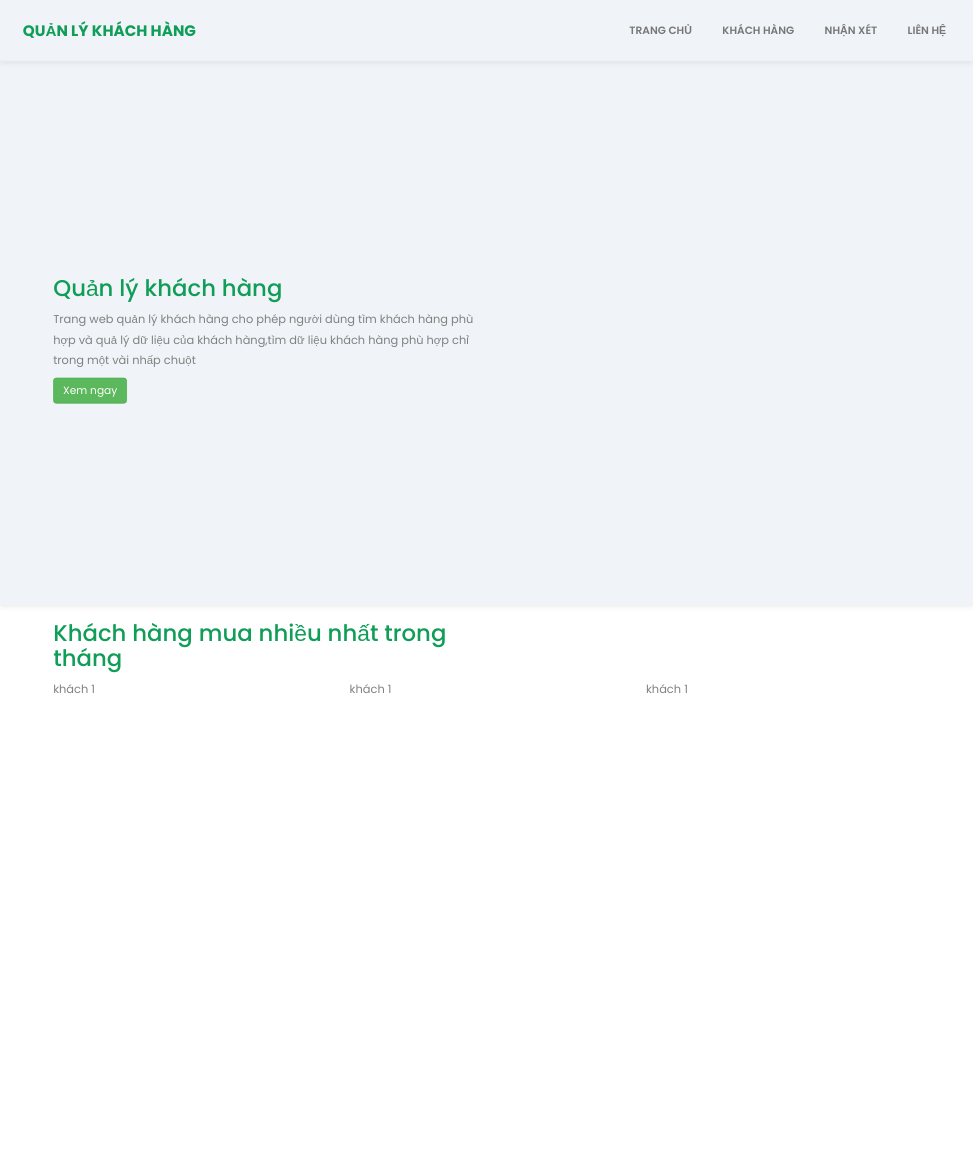
Repository: huutien1904/bt2-ltw
Page: index.html
An editor plug-in stored every save of this project. The page is shown before and after the next save, followed by the edit.
The browser window is 1280 px wide. The pictures show the whole page, at 76% of full size.

Above is the page before, as saved 2021-11-04 00:33:35.

### index.html
<!DOCTYPE html>
<html lang="en">
<head>
    <meta charset="UTF-8">
    <meta http-equiv="X-UA-Compatible" content="IE=edge">
    <meta name="viewport" content="width=device-width, initial-scale=1.0">
    <title>Quản Lý Khách Hàng</title>
    <link rel="stylesheet" href="https://maxcdn.bootstrapcdn.com/bootstrap/3.4.1/css/bootstrap.min.css">
    <link href="https://fonts.googleapis.com/css?family=Montserrat" rel="stylesheet" type="text/css">
    <link href="https://fonts.googleapis.com/css?family=Lato" rel="stylesheet" type="text/css">
    <!-- style -->
    <link rel="stylesheet" href="./style.css">
    <!-- font Poppins -->
    <link rel="preconnect" href="https://fonts.googleapis.com">
    <link rel="preconnect" href="https://fonts.gstatic.com" crossorigin>
    <link href="https://fonts.googleapis.com/css2?family=Poppins:wght@100;200;300;400;500;600;700;800;900&display=swap" rel="stylesheet">
    <!-- javacript boostrap -->
    <script src="https://ajax.googleapis.com/ajax/libs/jquery/3.5.1/jquery.min.js"></script>
    <script src="https://maxcdn.bootstrapcdn.com/bootstrap/3.4.1/js/bootstrap.min.js"></script>
</head>
<body>
  <!-- navbar -->
    <nav class="navbar navbar-default navbar-fixed-top">
        <div class="container-fluid ">
          <div class="navbar-header">
            <button type="button" class="navbar-toggle" data-toggle="collapse" data-target="#myNavbar">
              <span class="icon-bar"></span>
              <span class="icon-bar"></span>
              <span class="icon-bar"></span>
            </button>
            <a class="navbar-brand" href="#myPage">QUẢN LÝ KHÁCH HÀNG</a>
          </div>
          <div class="collapse navbar-collapse" id="myNavbar">
            <ul class="nav navbar-nav navbar-right">
              <li class="active_nav"><a href="#home">TRANG CHỦ</a></li>
              <li ><a href="#customer">KHÁCH HÀNG</a></li>
              <li><a href="#comment">NHẬN XÉT</a></li>
              <li><a href="#contact">LIÊN HỆ</a></li>
            </ul>
          </div>
        </div>
    </nav>
  <!-- end navbar -->
  <!-- trang chủ -->
  <section
    id="home"
    >
    <div class="container">
      <div class="row">
        <div class="col-md-6 col-xs-12 ">
          <div class="">
            <h2 class="slogan">Quản lý khách hàng</h2>
            <p class="">
              Trang web quản lý khách hàng cho phép người dùng tìm khách hàng phù hợp và quả lý dữ liệu của khách hàng,tìm dữ liệu khách hàng phù hợp chỉ trong một vài nhấp chuột
            </p>
            <div class="left-to-right play-on-scroll delay-4">
              <button type="button" class="btn btn-success">Xem ngay</button>
            </div>
          </div>
        </div>
      </div>
    </div>
  </section>
  <!-- end trang chủ -->

  <!-- khách hàng -->
  <section id="customer">

    <div class="container">
      <div class="row">
        <div class="col-md-6 col-sm-12">
          <h2 class="title_customer">Khách hàng mua nhiều nhất trong tháng</h2>
        </div>
      </div>
      <div class="row">
        <div class="col-md-4 col-sm-12">
          khách 1
        </div>
        <div class="col-md-4 col-sm-12">
          khách 1

        </div>
        <div class="col-md-4 col-sm-12">
          khách 1

        </div>
      </div>
    </div>
  </section>
  <!-- end khách hàng -->
  <!--  Nhận xét-->
  <section id="comment">

  </section>
  <!-- liên hệ -->
  <section id="contact">

  </section>
</body>
</html>

### style.css
*{
  font-family: 'Poppins', sans-serif;
}

:root {
  --primary-color: #0f9d58;
  --backgound-color: #f0f3f7;
  --secon-color: #9da2ad;
  --grey: #7a7a7a;
  --white: #ffffff;
}
body {
  font: 400 15px Lato, sans-serif;
  line-height: 1.8;
  color: #818181;
}
.navbar-default{
  padding: 15px;
  background-color: var(--backgound-color);
  box-shadow: 0 2px 8px rgb(0 0 0 / 10%);
}
.navbar-brand{
  font-weight: 700;
  font-size: 20px;
  color: var(--primary-color) !important;

}
.navbar-right li{
  font-size: 14px;
  font-weight: 600;
  margin: 0 5px;
  /* padding:5px; */
}
.navbar-right li:hover{
  background-color: var(--primary-color);
  border-radius: 15px;
  color: white !important;
}
#home{
  margin-top: 77px;
  height: 100vh;
  display: flex;
  justify-content: center;
  align-items: center;
  background-color: var(--backgound-color);
  box-shadow: 0 2px 8px rgb(0 0 0 / 10%);
}
.slogan{
  color: var(--primary-color);
}
.title_customer{
  color: var(--primary-color);

}
#customer{
  height: 100vh;
}
/* .active_nav{
  background-color: var(--primary-color);
  border-radius: 15px;
} */

After the next save:
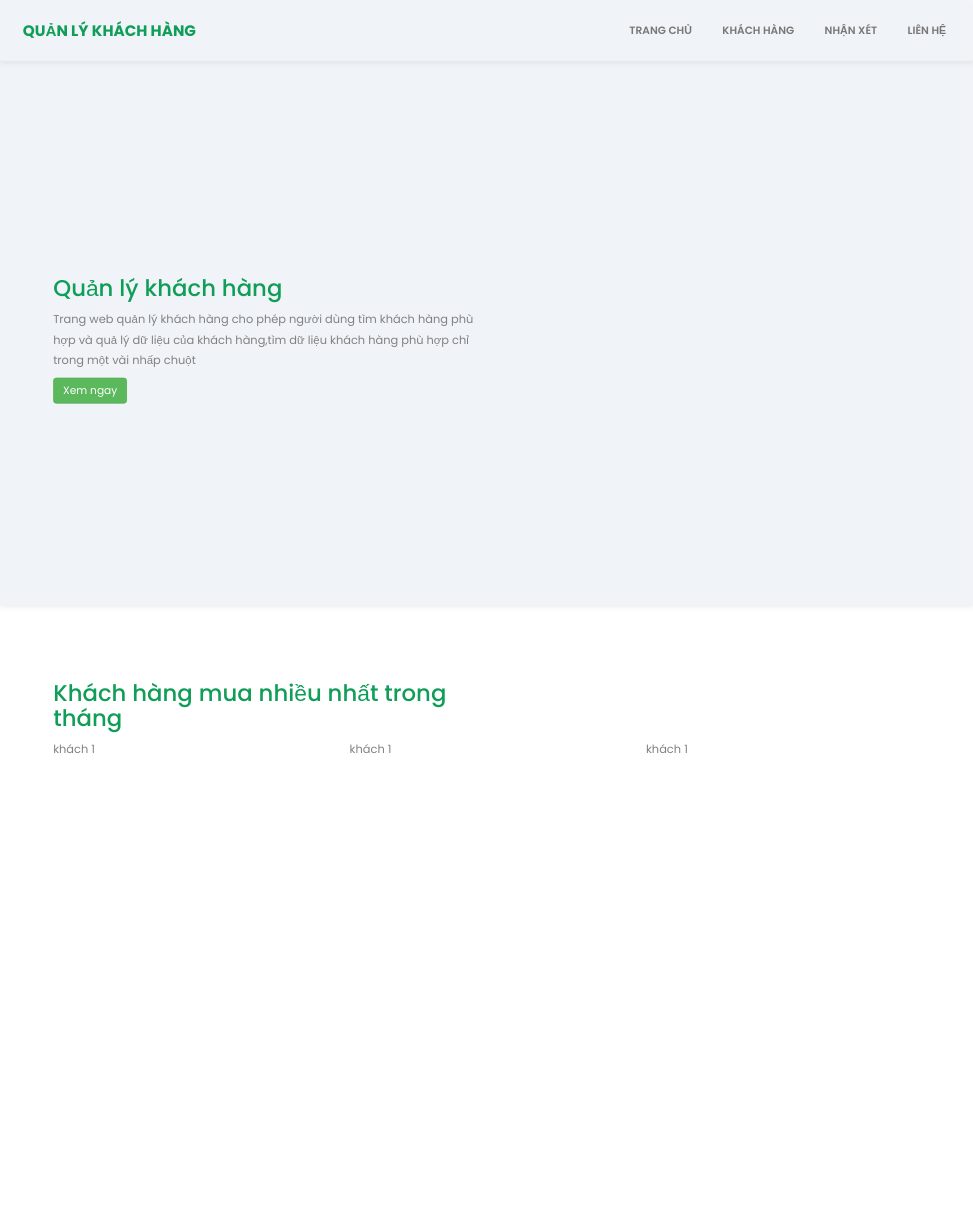
Saved 17 s later.
--- a/style.css
+++ b/style.css
@@ -54,6 +54,7 @@ body {
 }
 #customer{
   height: 100vh;
+  margin-top: 79px;
 }
 /* .active_nav{
   background-color: var(--primary-color);
